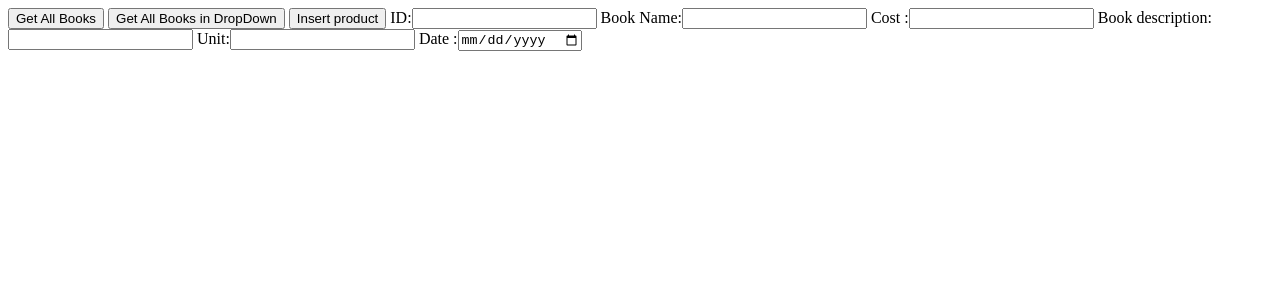
Repository: PranavDwagh/Spring-Boot-MVC-and-RestAPI
Page: GroceryAssignmentRestAPI/src/main/resources/static/jq.html
These files come from the project's save history. The page is drawn as it stood at one moment and after the next save; the edit follows.
The browser window is 1280 px wide. The pictures show the whole page.

Above is the page before, as saved 2022-02-01 16:04:40.

After the next save:
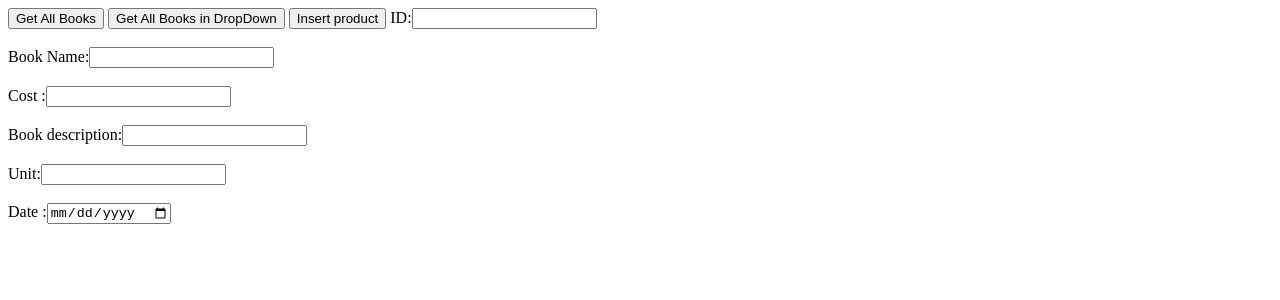
Saved 62 s later.
--- a/GroceryAssignmentRestAPI/src/main/resources/static/jq.html
+++ b/GroceryAssignmentRestAPI/src/main/resources/static/jq.html
@@ -69,13 +69,13 @@
     <button id="b1">Get All Books</button>
     <button id="b2">Get All Books in DropDown</button>
     <button id="b3">Insert product</button>
-    ID:<input type="number" name="" id="id"/>
-    Book Name:<input type="text" name="" id="name"/>
-    Cost :<input type="number" name="" id="cost"/>
-    Book description:<input type="description" name="" id="desc"/>
-    Unit:<input type="unit" name="" id="desc"/>
-    Date :<input type="date" name="" id="date"/>
-
+    ID:<input type="number" name="" id="id"/><br><br>
+    Book Name:<input type="text" name="" id="name"/><br><br>
+    Cost :<input type="number" name="" id="cost"/><br><br>
+    Book description:<input type="description" name="" id="desc"/><br><br>
+    Unit:<input type="unit" name="" id="desc"/><br><br>
+    Date :<input type="date" name="" id="date"/><br><br>
+	<br><br>
     <p id="dis"></p>
 </body>
 </html>
